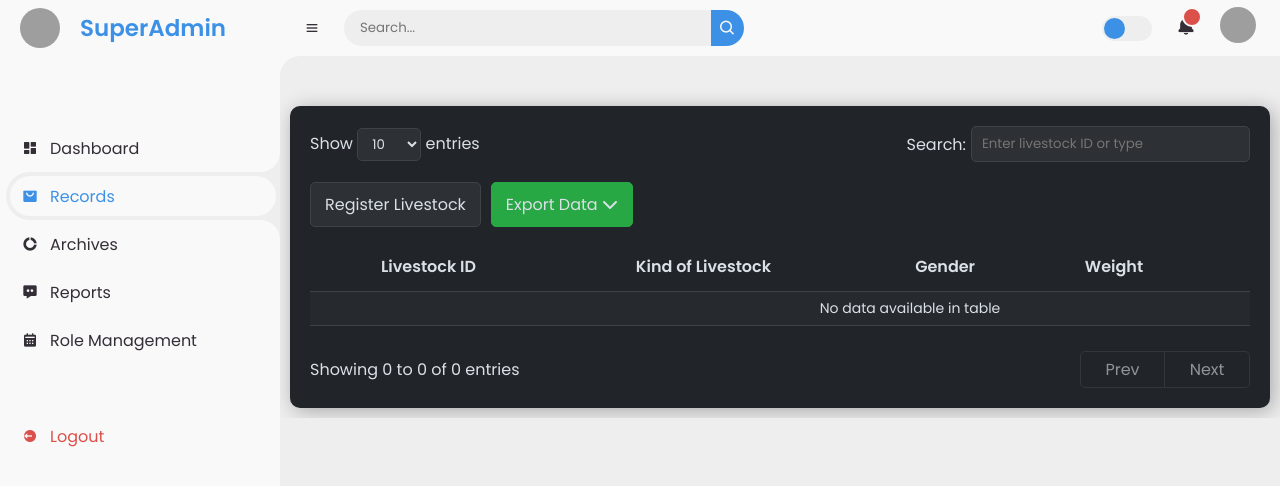
Repository: gaelly-ace/Capstone-System
Page: records.html
These files come from the project's save history. The page is drawn as it stood at one moment and after a run of saves; the edit follows.
The browser window is 1280 px wide. The pictures show the whole page.
Pictures or frames that could not be fetched are drawn as grey boxes.

Above is the page before, as saved 2025-10-08 18:53:52.

After the next 3 saves:
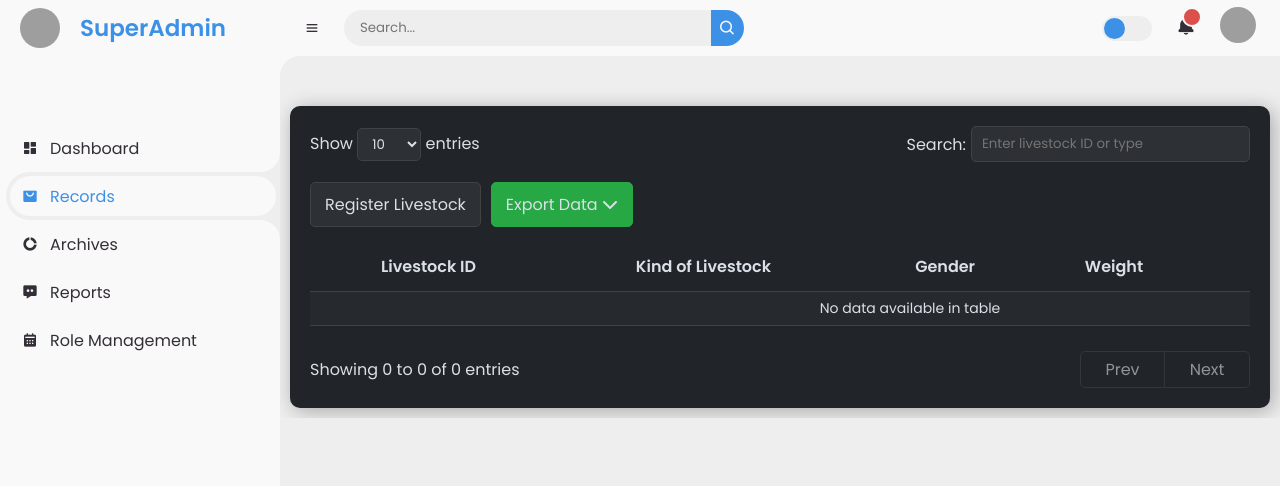
The 3 saves are shown as one change because they came seconds apart.
The last was saved 102 s later.
--- a/records.html
+++ b/records.html
@@ -62,11 +62,7 @@
 		</ul>
 		<ul class="side-menu">
 			<li>
-				<a href="sign.html" class="logout">
-					<i class='bx bxs-log-out-circle' ></i>
-					<span class="text">Logout</span>
-				</a>
-			</li>
+
 		</ul>
 	</section>
 	<!-- SIDEBAR -->
